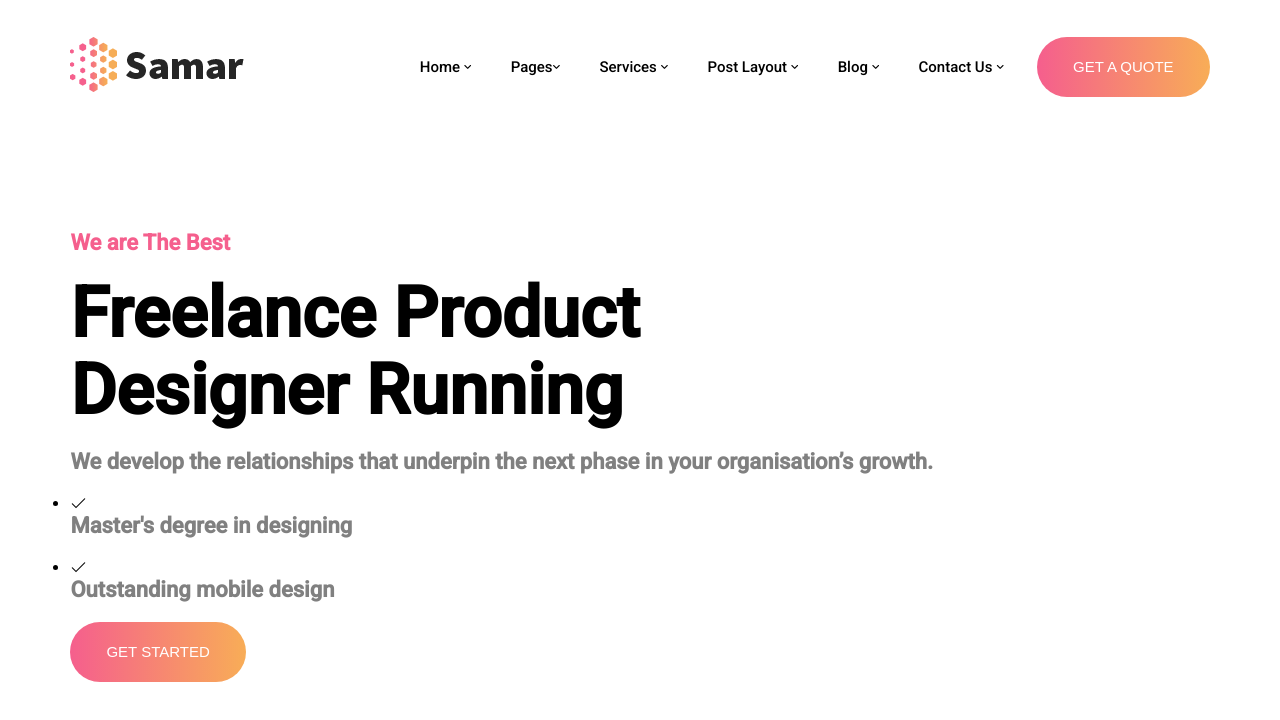
Repository: truongcongtrung2709/truongcongtrung__samar
Page: index.html
The author's editor kept a copy of each file at every save. The page is drawn from the files as they stood at one save, then again after the next save.
The browser window is 1280 px wide. The pictures show the whole page.
Some icons come from a web library that is not loaded, so they are not drawn. Some web libraries are served in a nearby version.

Above is the page before, as saved 2022-06-23 14:22:59.

After the next save:
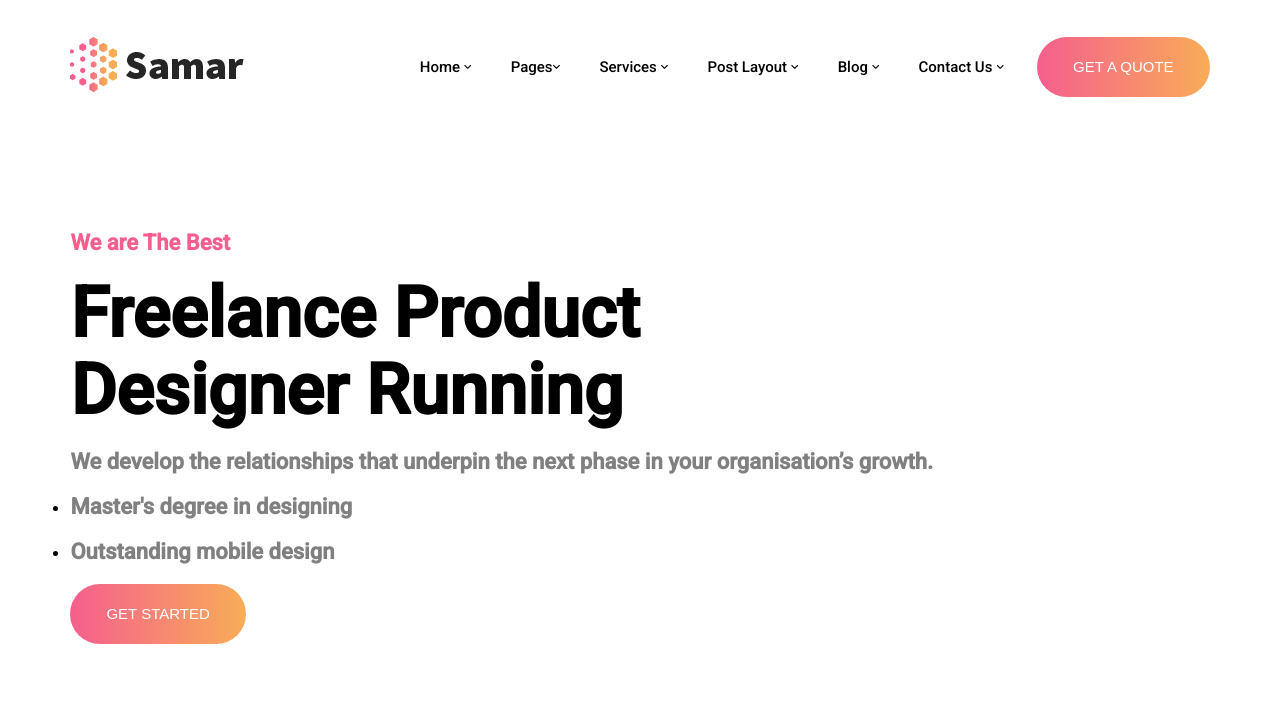
Saved 31 min 18 s later.
--- a/index.html
+++ b/index.html
@@ -12,8 +12,9 @@
   <link rel="stylesheet" href="https://cdnjs.cloudflare.com/ajax/libs/font-awesome/6.1.1/css/all.min.css"
     integrity="sha512-KfkfwYDsLkIlwQp6LFnl8zNdLGxu9YAA1QvwINks4PhcElQSvqcyVLLD9aMhXd13uQjoXtEKNosOWaZqXgel0g=="
     crossorigin="anonymous" referrerpolicy="no-referrer" />
+
   <link rel="stylesheet"
-    href="https://maxst.icons8.com/vue-static/landings/line-awesome/line-awesome/1.3.0/css/line-awesome.min.css">
+    href="https://maxst.icons8.com/vue-static/landings/line-awesome/font-awesome-line-awesome/css/all.min.css">
   <!-- font -->
   <link rel="preconnect" href="https://fonts.googleapis.com">
   <link rel="preconnect" href="https://fonts.gstatic.com" crossorigin>

After the 2 saves that followed:
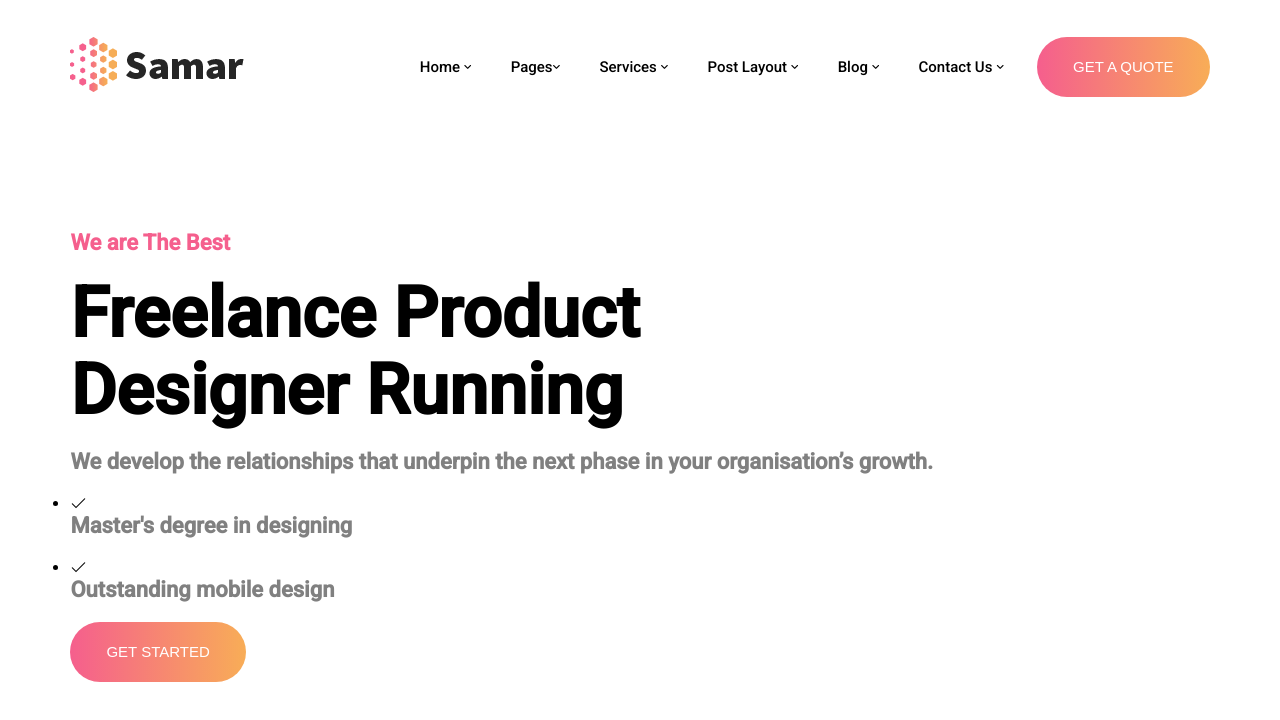
The 2 saves are shown as one change because 1 left the picture as it was.
The last was saved 43 s later.
--- a/index.html
+++ b/index.html
@@ -12,7 +12,8 @@
   <link rel="stylesheet" href="https://cdnjs.cloudflare.com/ajax/libs/font-awesome/6.1.1/css/all.min.css"
     integrity="sha512-KfkfwYDsLkIlwQp6LFnl8zNdLGxu9YAA1QvwINks4PhcElQSvqcyVLLD9aMhXd13uQjoXtEKNosOWaZqXgel0g=="
     crossorigin="anonymous" referrerpolicy="no-referrer" />
-
+  <link rel="stylesheet"
+    href="https://maxst.icons8.com/vue-static/landings/line-awesome/line-awesome/1.3.0/css/line-awesome.min.css">
   <link rel="stylesheet"
     href="https://maxst.icons8.com/vue-static/landings/line-awesome/font-awesome-line-awesome/css/all.min.css">
   <!-- font -->
